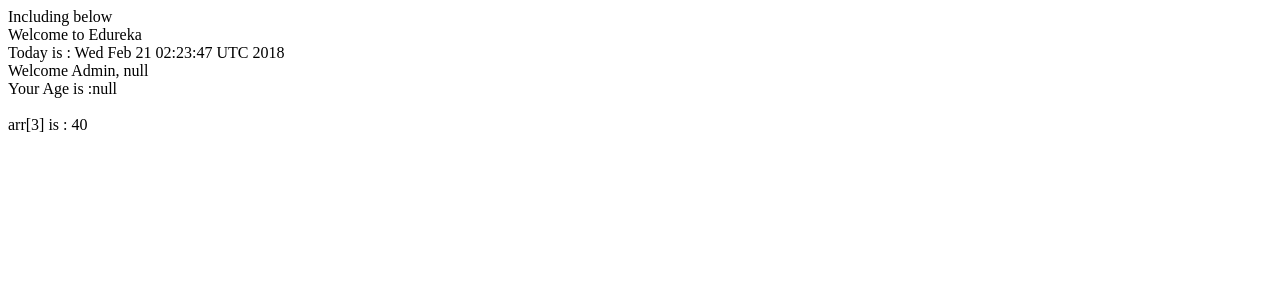
Repository: Lokeswari19/JavaExamples
Page: http://localhost/Session12/welcome.jsp
These files come from the project's save history. The page is drawn as it stood at one moment and after the next save; the edit follows.
The browser window is 1280 px wide. The pictures show the whole page.
The page is served by Tomcat 9.

Above is the page before, as saved 2018-02-22 03:57:06.

After the next save:
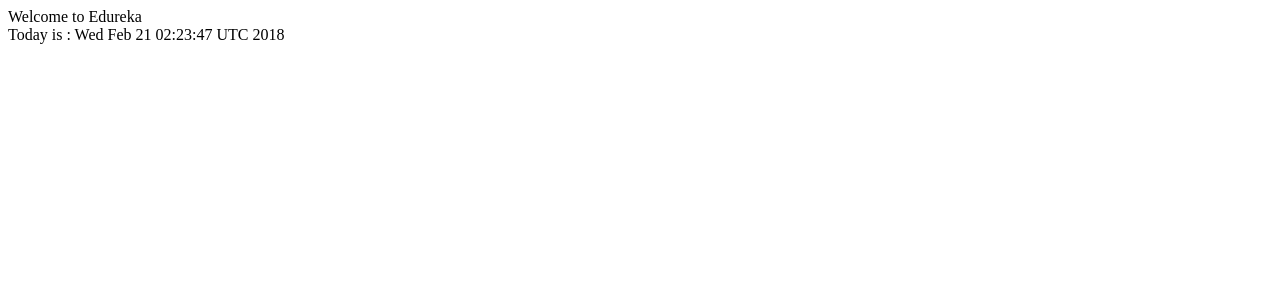
Saved 2 min 21 s later.
--- a/Session12/WebContent/welcome.jsp
+++ b/Session12/WebContent/welcome.jsp
@@ -16,6 +16,8 @@
 Including below
 <br/>
 <jsp:include page="header.jsp"></jsp:include>
+<jsp:forward page="header.jsp"></jsp:forward>
+
 <%
 String name=(String)session.getAttribute("keyName");
 String age=(String)session.getAttribute("keyAge");
